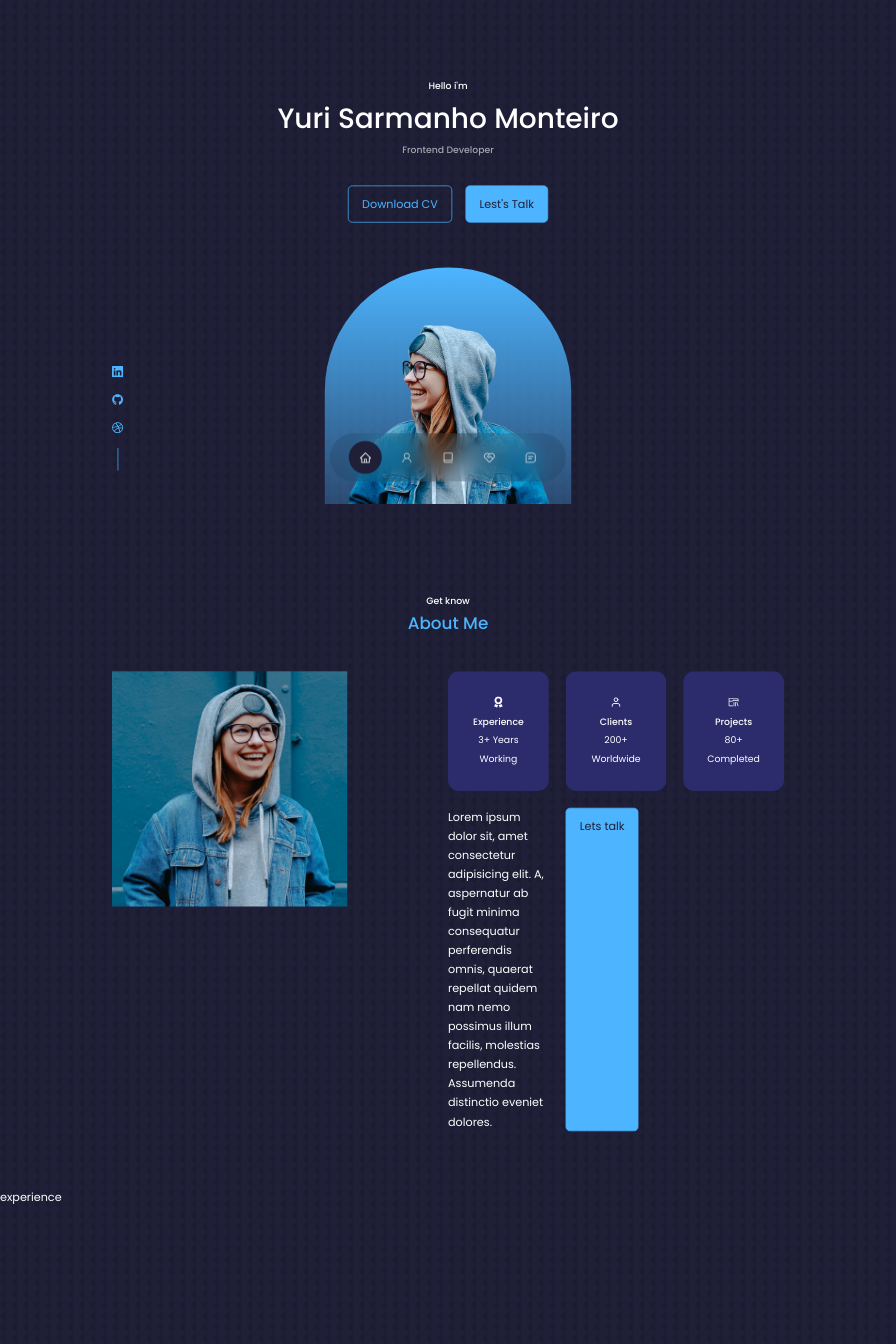
Repository: YuriSarmanho/Portifolio-
Page: / (app in portifolio/)
An editor plug-in stored every save of this project. The page is shown before and after a run of saves, followed by the edit.
The browser window is 1280 px wide. The pictures show the part of the page from y = 0 to 1920 px (the page is 5835 px tall), at 70% of full size.
The pointer rests on the first visible `.about__card`.
The project was rebuilt for these pictures with package versions that can differ from the ones it lists, and the page was loaded fresh each time. Also part of the build but not shown: portifolio/src/Components/Contact/Contact.css, portifolio/src/Components/Testimonials/Testimonials.css. Imported but missing from the stored project, and not drawn on this page: portifolio/src/assets/cv.pdf.

Above is the page before, as saved 2022-05-13 15:09:39.

After the next 7 saves:
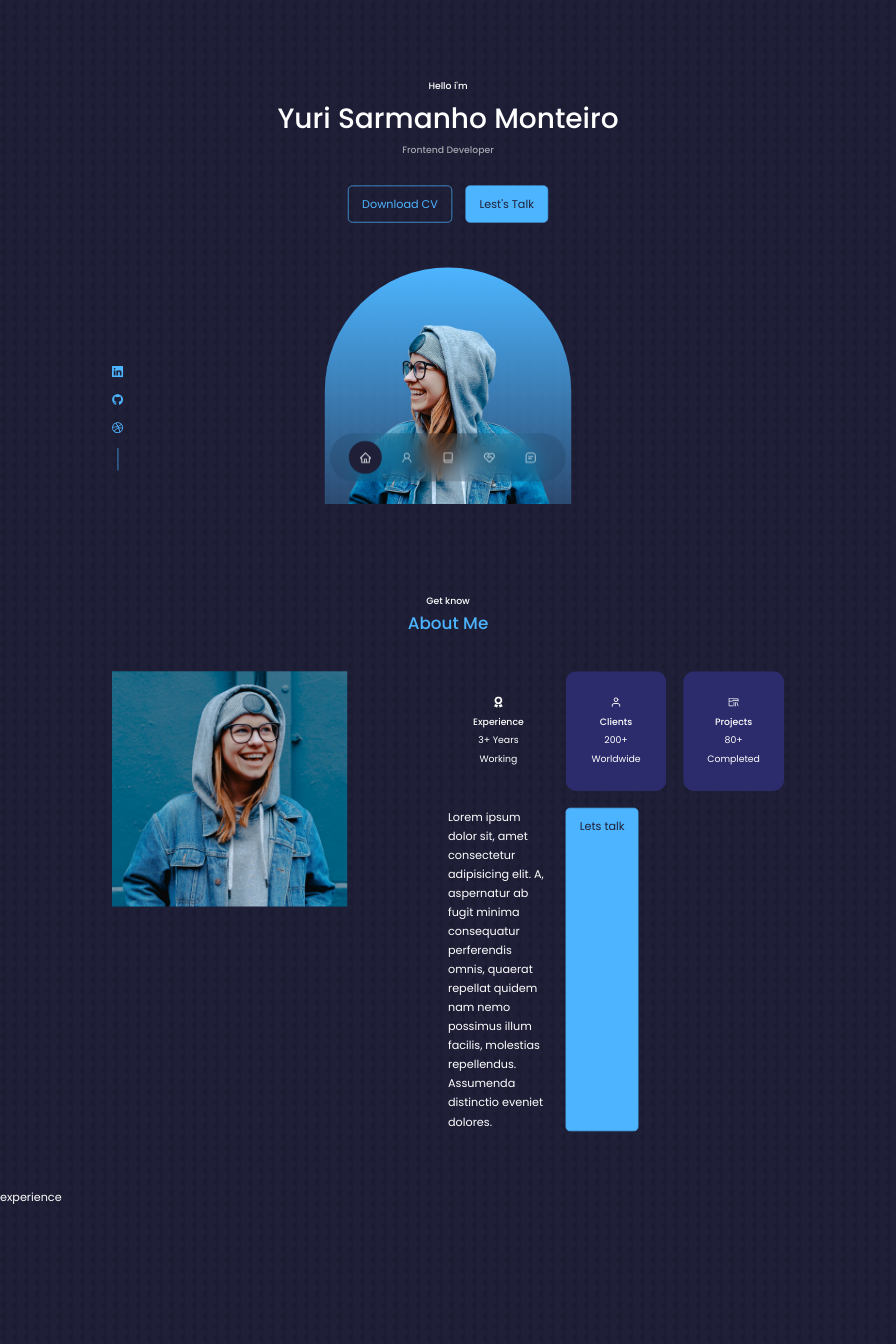
The 7 saves are shown as one change because they came seconds apart.
The last was saved 18 s later.
--- a/portifolio/src/Components/About/About.css
+++ b/portifolio/src/Components/About/About.css
@@ -44,5 +44,6 @@
 }
 
 .about__card:hover{
-    background-color;
+    background:transparent;
+    border-color: var();
 }
